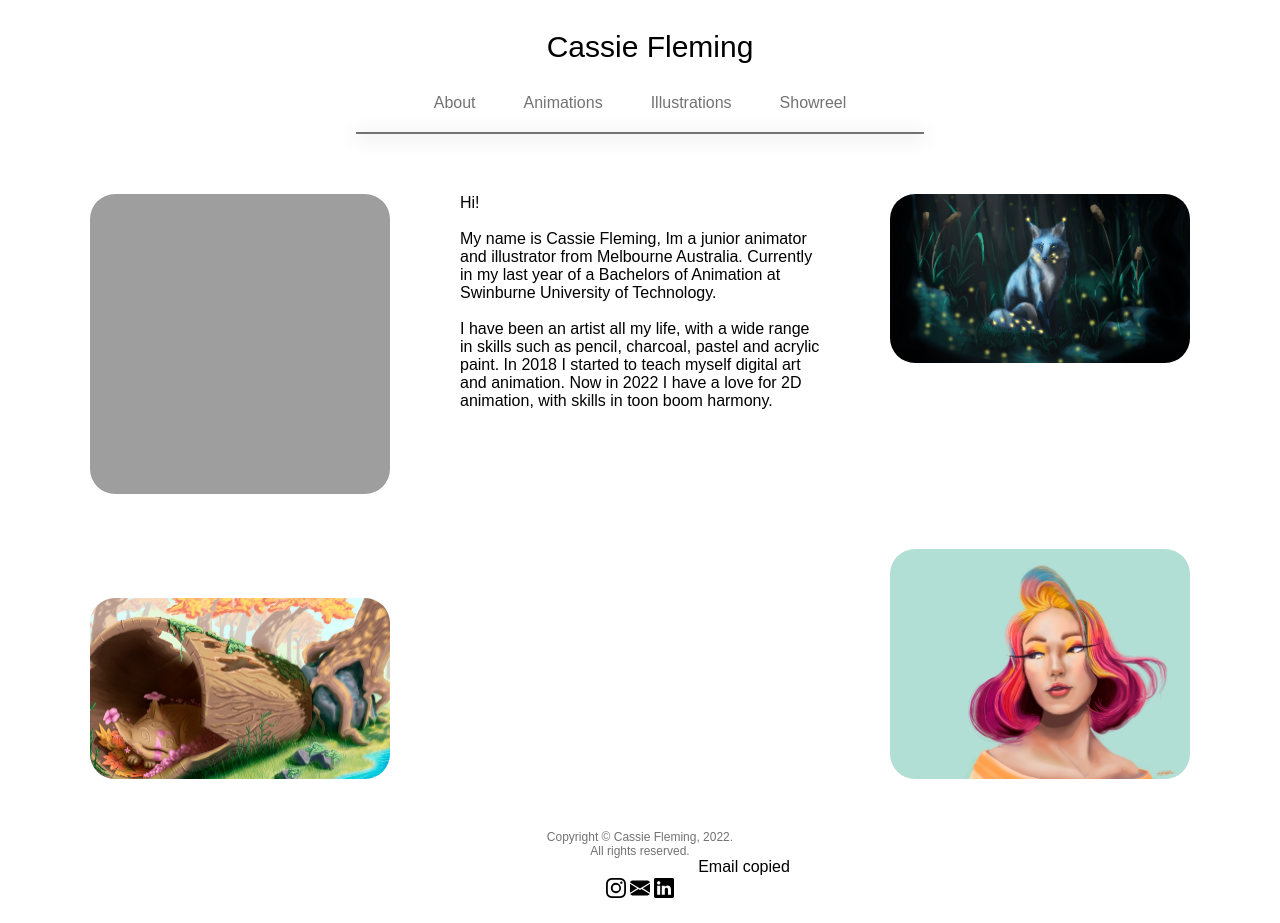
Repository: David-Waite/Cassie-Fleming-portfolio
Page: /
These files come from the project's save history. The page is drawn as it stood at one moment and after a run of saves; the edit follows.
The browser window is 1280 px wide. The pictures show the whole page.
Pictures or frames that could not be fetched are drawn as grey boxes. Some web fonts or font styles are not loaded; a fallback is used. The project was rebuilt for these pictures with package versions that can differ from the ones it lists, and the page was loaded fresh each time. The framework's server and built-in components were replaced by stand-ins that run in the browser. Also part of the build but not shown: next.config.js.

Above is the page before, as saved 2022-09-11 17:45:53.

### pages/index.js
import Head from "next/head";
import Image from "next/image";
import styles from "../styles/Home.module.css";

export default function Home() {
  return (
    <div className={styles.layout}>
      <div className={`${styles.photoContainer} ${styles.photoContainerLeft}`}>
        <div>
          <Image
            className={styles.photo}
            src="/Cassie.png"
            height={3024}
            width={3024}
            alt="Photo of me, Cassie Fleming"
          />
        </div>
        <div className={styles.photo}>
          <Image
            className={styles.photo}
            src="/cherry blossom.2.jpg"
            height={725}
            width={1200}
            alt="Cherry Blossom covered fox, taking a nap in a hollowed tree log, by the river"
          />
        </div>
      </div>

      <div className={styles.aboutText}>
        Hi!
        <br />
        <br />
        My name is Cassie Fleming, Im a junior animator and illustrator from
        Melbourne Australia. Currently in my last year of a Bachelors of
        Animation at Swinburne University of Technology.
        <br />
        <br /> I have been an artist all my life, with a wide range in skills
        such as pencil, charcoal, pastel and acrylic paint. In 2018 I started to
        teach myself digital art and animation. Now in 2022 I have a love for 2D
        animation, with skills in toon boom harmony.
      </div>
      <div className={styles.photoContainer}>
        <div className={styles.photo}>
          <Image
            className={styles.photo}
            src="/fox.png"
            height={1080}
            width={1920}
            alt="glowing fox"
          />
        </div>
        <div className={styles.photo}>
          <Image
            className={styles.photo}
            src="/Inkedhuman.jpg"
            height={930}
            width={1211}
            alt="girl with cool hair a swaggie eyes"
          />
        </div>
      </div>
    </div>
  );
}

### components/Layout.js
import Link from "next/link";
import React, { useState } from "react";
import { Instagram, Linkedin, EnvelopeFill } from "react-bootstrap-icons";

export default function Layout({ children }) {
  const [navClass, setNavClass] = useState("");

  function toggleNav() {
    setNavClass((navClass) => {
      return navClass === "change" ? "" : "change";
    });
  }

  return (
    <div className={`layout ${navClass}`}>
      <header className="header">
        <h1>
          <Link href="/">
            <a>Cassie Fleming</a>
          </Link>
        </h1>

        <div className="navbar-icon" onClick={toggleNav}>
          <div className="bar1"></div>
          <div className="bar2"></div>
          <div className="bar3"></div>
        </div>

        <nav>
          <Link href="/">
            <a>About</a>
          </Link>
          <Link href="/">
            <a>Animations</a>
          </Link>
          <Link href="/">
            <a>Illustrations</a>
          </Link>
          <Link href="/">
            <a>Showreel</a>
          </Link>
        </nav>
      </header>
      <div className="navbar-line"></div>

      {children}
      <footer>
        <p>Copyright &copy; Cassie Fleming, 2022.</p>
        <p>All rights reserved.</p>
        <div className="social">
          <span>
            <Link href="https://www.instagram.com/cass_illustrations/">
              <a target="_blank">
                <Instagram />
              </a>
            </Link>
          </span>
          <div
            className="email"
            onClick={() => {
              navigator.clipboard.writeText("cassie.fleming2000@gmail.com");
            }}
          >
            <EnvelopeFill />
            <span>Email copied</span>
          </div>
          <span>
            <Link href="http://www.linkedin.com/in/cassie-fleming-500a56204">
              <a target="_blank">
                <Linkedin />
              </a>
            </Link>
          </span>
        </div>
      </footer>
    </div>
  );
}

### styles/globals.css
@import url("https://fonts.googleapis.com/css2?family=Zen+Maru+Gothic:wght@300;400;500;700&display=swap");

* {
  font-family: "Zen Maru Gothic", sans-serif;
  box-sizing: border-box;
  margin: 0;
  padding: 0;
}

.layout {
  margin: 30px 30px 0;
  display: flex;
  flex-direction: column;
  align-items: center;
  position: relative;
  min-height: calc(100vh - 30px);

  padding-bottom: 140px;
  text-align: center;
}

h1 {
  font-weight: 400;
  font-size: 30px;
  margin-bottom: 30px;
  margin-left: 20px;
}

a:hover {
  color: black;
}

a {
  text-decoration: none;
  color: black;
}
.hover {
  color: red;
}
nav a {
  color: #727272;
  margin: 24px;
  font-size: 16px;
}
.navbar-line {
  width: 568px;
  box-shadow: rgba(0, 0, 0, 0.35) 0px 3px 17px;
  margin: 20px 0 60px;
  border: #727272 solid 1px;
}
footer {
  position: absolute;
  bottom: 0px;
  font-size: 12px;
  color: #727272;
}
/* navBar icon */
.navbar-icon {
  display: none;
  cursor: pointer;
  margin-right: 20px;
}

.bar1,
.bar2,
.bar3 {
  width: 20px;
  height: 3px;
  background-color: #727272;
  margin: 4px 0;
  transition: 0.4s;
  border-radius: 5px;
}

.change .bar1 {
  transform: translate(0, 7px) rotate(-45deg);
}

.change .bar2 {
  opacity: 0;
}

.change .bar3 {
  transform: translate(0, -7px) rotate(45deg);
}

.social {
  display: flex;
  justify-content: center;
  padding: 20px;
}
.social span {
  color: black;
  margin: 0 4px;
  cursor: pointer;
  font-size: 20px;
}

.email {
  position: relative;
  font-size: 20px;
  color: black;
}
.email span {
  position: absolute;
  font-size: 16px;
  width: 100px;
  top: -20px;
  left: 60px;
}

@media (max-width: 810px) {
  .layout {
    margin: 20px 20px 0;
  }
  header {
    position: relative;
    display: flex;
    align-items: center;
    justify-content: space-between;
    width: 100vw;
  }
  .navbar-icon {
    display: inline-block;
  }
  h1 {
    font-size: 20px;
    margin-bottom: 0;
  }

  nav {
    position: absolute;
    top: 50px;
    display: flex;
    flex-direction: column;
    width: 100vw;
    height: 0px;
    transition: 0.5s;
    z-index: 1;
    background-color: white;
    overflow: hidden;
  }
  nav a {
    display: flex;
    justify-content: center;
    align-items: center;
    margin: 0;
    height: 50px;
  }
  .change nav {
    height: 100vh;
  }
  a:hover {
    background-color: #c4c3c3;
  }

  .navbar-line {
    width: 100vw;
  }
  .change .layout {
    margin-top: 20px;
  }
}

### styles/Home.module.css
.layout {
  display: grid;
  grid-template-columns: 1fr 1fr 1fr;
  gap: 70px;
}

.aboutText {
  max-width: 600px;
  min-width: 300px;
  text-align: start;
}

.photoContainer {
  display: flex;
  flex-direction: column;
  justify-content: space-between;
  max-width: 300px;
  gap: 100px;
}

.photoContainerLeft {
  margin-left: auto;
}
.photo {
  border-radius: 25px;
}
.profile {
  display: none;
}

@media (max-width: 1000px) {
  .layout {
    gap: 20px;
  }
}
@media (max-width: 810px) {
  .layout {
    display: inline;
  }
  .photo {
    display: none;
  }
  .photoContainerLeft {
    margin: 0 auto 30px;
    max-width: 400px;
  }
  .aboutText {
    max-width: 400px;
  }
}

Loaded but not shown: pages/_app.js (common file)

After the next 2 saves:
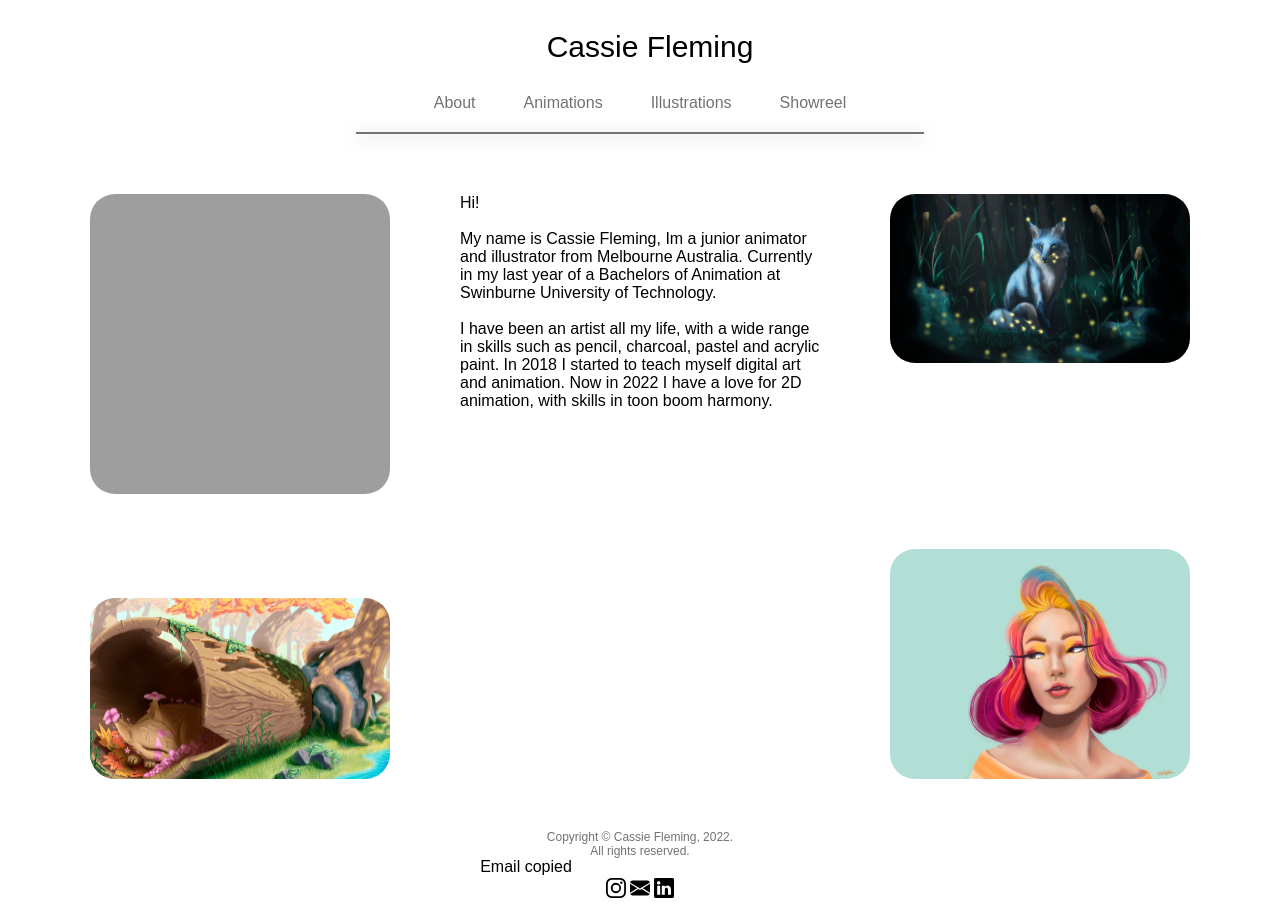
The 2 saves are shown as one change because they came seconds apart.
The last was saved 10 s later.
--- a/styles/globals.css
+++ b/styles/globals.css
@@ -106,7 +106,7 @@ footer {
   font-size: 16px;
   width: 100px;
   top: -20px;
-  left: 60px;
+  right: 70px;
 }
 
 @media (max-width: 810px) {
